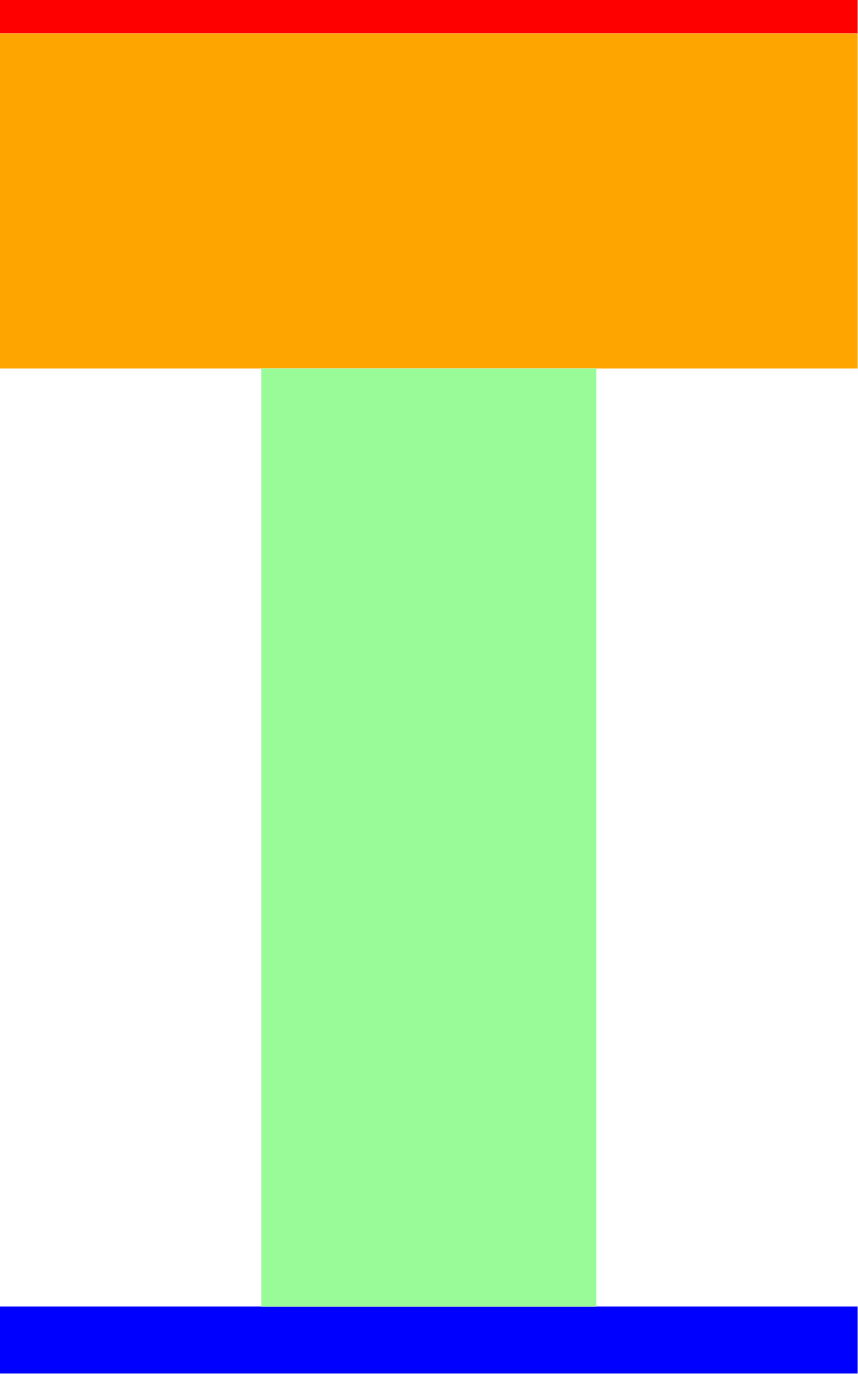
Repository: TsuKou/MainContents
Page: chapter4/index.html
The author's editor kept a record of every edit. The page is drawn from the files as they stood at one moment, then again after the next edit.
The browser window is 1280 px wide. The pictures show the whole page, at 67% of full size.

Above is the page before.

### chapter4/index.html
<!DOCTYPE html>
<html lang="ja">
  <head>
    <meta charset="UTF-8" />
    <link rel="stylesheet" href="style.css" />
    <title>4章演習問題</title>
  </head>

  <body>
    <div class="header"></div>

    <div class="main-visual"></div>

    <div class="main">
     <div class="sidebar-left"></div>
     <div class="blog"></div>
     <div class="sidebar-right"></div>
    </div>

    <div class="footer"></div>

  </body>
</html>

### chapter4/style.css
* {
  margin: 0;
  padding: 0;
  box-sizing: border-box;
}

.header {
  width: 100%;
  height: 50px;
  background-color: red;
}

.main-visual {
  width: 100%;
  height: 500px;
  background-color: orange;
}

.main {
  width: 960px;

  display: flex;
  justify-content: center;
  margin: 0 auto;
}

.blog {
  width: 500px;
  height: 1400px;
  background-color: palegreen;
}

.footer {
  width: 100%;
  height: 100px;
  background-color: blue;
}

After the next edit:
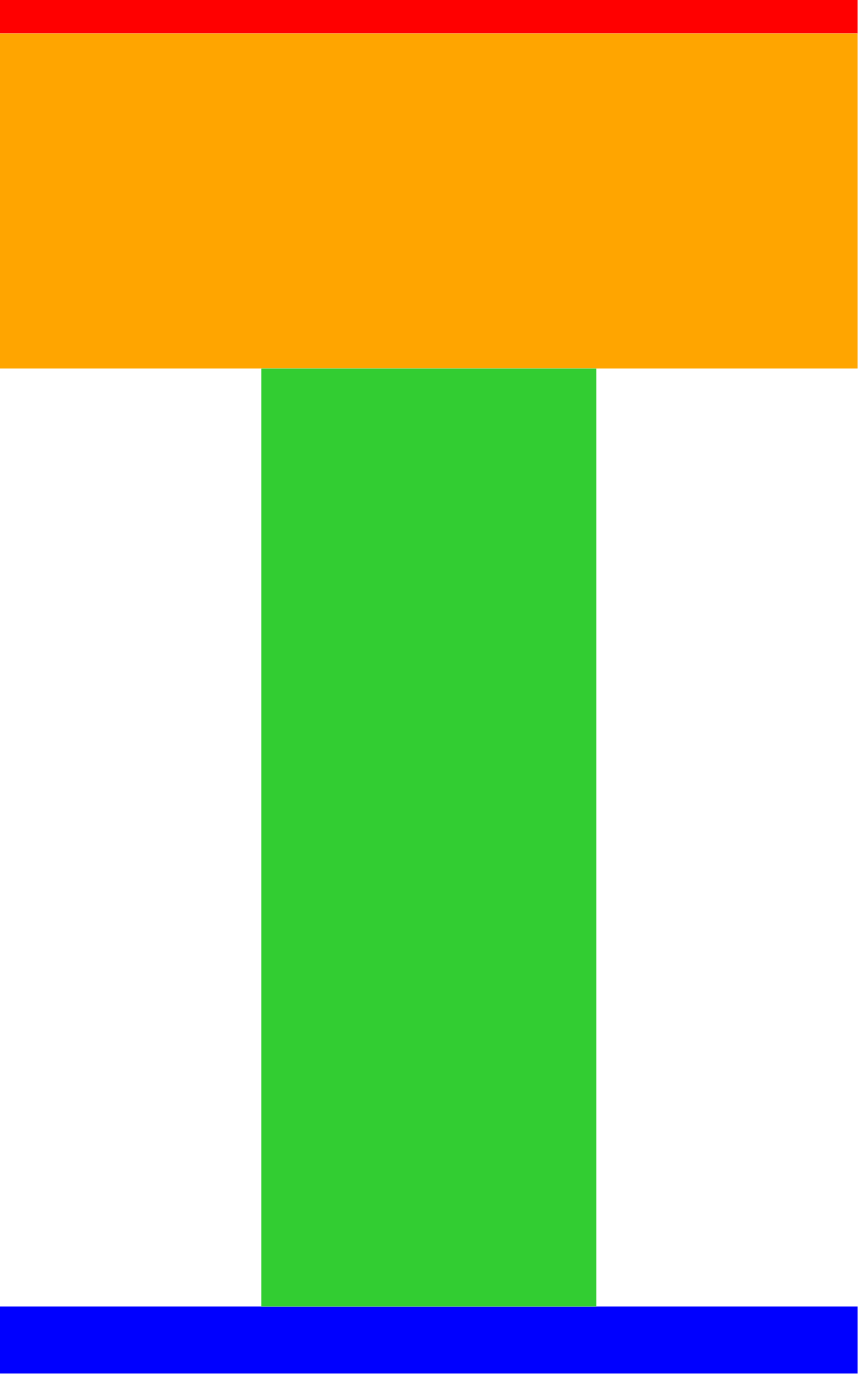
The edit:
--- a/chapter4/style.css
+++ b/chapter4/style.css
@@ -27,7 +27,7 @@
 .blog {
   width: 500px;
   height: 1400px;
-  background-color: palegreen;
+  background-color: limegreen;
 }
 
 .footer {
